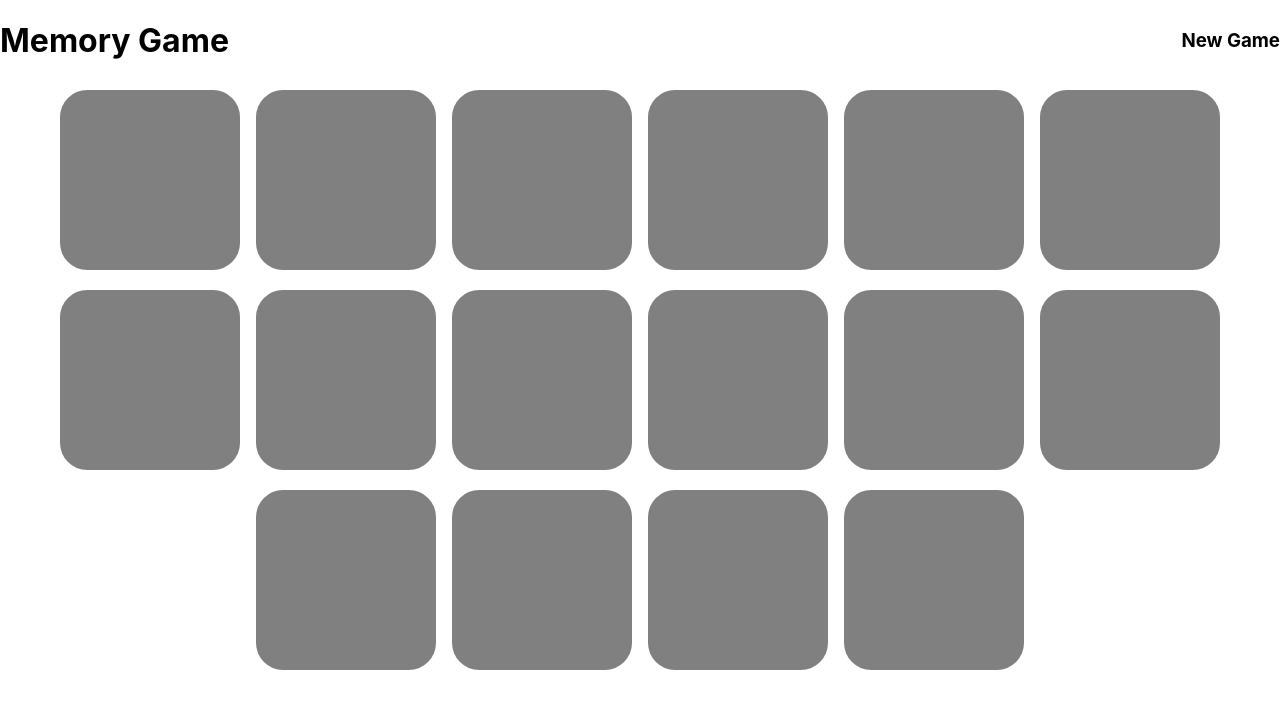
Repository: sokafootball/memory_game
Page: /
The author's editor kept a copy of each file at every save. The page is drawn from the files as they stood at one save, then again after the next save.
The browser window is 1280 px wide. The pictures show the whole page.
The project was rebuilt for these pictures with package versions that can differ from the ones it lists, and the page was loaded fresh each time. Also part of the build but not shown: src/Game.css.

Above is the page before, as saved 2019-01-21 12:40:31.

### src/App.js
import React, { Component } from 'react';
import './App.css';
import {Game} from './Game'
import {Navbar} from './Navbar'

class App extends Component {
  constructor(props) {
    super(props)
    this.state = {
      cards: [
        {id: 0, color: 'red', status: 'hidden'},
        {id: 1, color: 'red', status: 'hidden'},
        {id: 2, color: 'blue', status: 'hidden'},
        {id: 3, color: 'blue', status: 'hidden'},
        {id: 4, color: 'yellow', status: 'hidden'},
        {id: 5, color: 'yellow', status: 'hidden'},
        {id: 6, color: 'black', status: 'hidden'},
        {id: 7, color: 'black', status: 'hidden'},
        {id: 8, color: 'pink', status: 'hidden'},
        {id: 9, color: 'pink', status: 'hidden'},
        {id: 10, color: 'green', status: 'hidden'},
        {id: 11, color: 'green', status: 'hidden'},
        {id: 12, color: 'orange', status: 'hidden'},
        {id: 13, color: 'orange', status: 'hidden'},
        {id: 14, color: 'purple', status: 'hidden'},
        {id: 15, color: 'purple', status: 'hidden'}
      ],
      showingCards: 0
    }
    this.handleCardClick = this.handleCardClick.bind(this)
    this.newGame = this.newGame.bind(this)
    setTimeout(this.shuffleCards, 50)
  }

  countShowingCards = () => {
    console.log('countShowingCards called')
    let showingCards = 0
    this.state.cards.forEach(card => {if(card.status === 'showing')showingCards++})
    this.setState({showingCards}, () => {
      console.log(this.state.showingCards)
      if(this.state.showingCards === 2){
        this.compareCards()
      }
    })
  }

  showCard = (clickedCard, id) => {
    console.log('showCard called')
    if(clickedCard.status === 'hidden' && this.state.showingCards < 2){
      clickedCard.status = 'showing'
      let newCards = this.state.cards.slice()
      newCards = newCards.map(card => (card.id === id ? clickedCard : card))
      this.setState({cards: newCards}, this.countShowingCards)
      }
    }

  handleCardClick = (id) => {
    console.log('button clicked')
    const clickedCard = this.state.cards.filter((card) => card.id === id)[0]
    this.showCard(clickedCard, id)
  }

  compareCards = () => {
    console.log('compareCards called')
    let comparedCards = this.state.cards.filter((card) => card.status === 'showing')
    const isMatch = comparedCards[0].color === comparedCards[1].color
    setTimeout(() => {
      comparedCards.forEach(card => {isMatch ? card.status = 'matched' : card.status = 'hidden'})
      let newCards = this.state.cards.slice()
      newCards = newCards.map(newCard => {
        if(comparedCards.some(card => card.id === newCard.id)){
          isMatch ? newCard.status = 'matched' : newCard.status = 'hidden'
        }
        return newCard
      })
      this.setState({newCards, showingCards:0})
    }, 1000)
  }

  shuffleCards = () => {
    console.log('ShuffleCards called')
    let myCards = this.state.cards.slice()
    for (let i = myCards.length - 1; i > 0; i--) {
        const j = Math.floor(Math.random() * (i + 1));
        [myCards[i], myCards[j]] = [myCards[j], myCards[i]];
    }
    this.setState({cards: myCards}, console.log(this.state.cards))
  }

  newGame = () => {
    //shuffle cards
    setTimeout(this.shuffleCards, 50)    //set all cards to hidden and showing cards to 0
    let myCards = this.state.cards.slice()
    myCards.forEach(card => card.status = 'hidden')
    this.setState({cards: myCards, showingCards: 0})
  }

  render() {
    return (
      <div className="App">
        <Navbar
        newGame={this.newGame}
        />
        <Game
        cards={this.state.cards}
        handleCardClick={this.handleCardClick}
        />
      </div>
    );
  }
}

export default App;

### src/Game.js
import React from 'react'
import {Card} from './Card'
import './Game.css'
import PropTypes from 'prop-types'

const Game = (props) => {
  const myCards = props.cards.map((c, index) => {
    return <Card {...c} key={index} handleCardClick = {props.handleCardClick}/>
  })
    return (
      <div className="cardsdiv">
        {myCards}
      </div>
    )
}

Game.defaultProps = {
  handleCardClick: () => {console.log('handleCardClick function not provided')},
  cards: () => [
    {id: 0, color: 'black', status: 'showing'},
    {id: 1, color: 'black', status: 'showing'},
    {id: 2, color: 'black', status: 'showing'},
    {id: 3, color: 'black', status: 'showing'},
    {id: 4, color: 'black', status: 'showing'},
    {id: 5, color: 'black', status: 'showing'},
    {id: 6, color: 'black', status: 'showing'},
    {id: 7, color: 'black', status: 'showing'},
    {id: 8, color: 'black', status: 'showing'},
    {id: 9, color: 'black', status: 'showing'},
    {id: 10, color: 'black', status: 'showing'},
    {id: 11, color: 'black', status: 'showing'},
    {id: 12, color: 'black', status: 'showing'},
    {id: 13, color: 'black', status: 'showing'},
    {id: 14, color: 'black', status: 'showing'},
    {id: 15, color: 'black', status: 'showing'}
  ]
}

Game.propTypes = {
  handleCardClick: PropTypes.func.isRequired,
  cards: PropTypes.arrayOf(PropTypes.object).isRequired
}

export {Game}

### src/Navbar.js
import React from 'react'
import './Navbar.css'
import PropTypes from 'prop-types'

const Navbar = (props) => {
    return (
      <div className='mainBar'>
        <h1>Memory Game</h1>
        <h3 onClick={props.newGame}>New Game</h3>
      </div>
    )
}

Navbar.defaultProps = {
  newGame: () => {console.log('from Navbar: newGame function not provided')}
}

Navbar.propTypes = {
  newGame: PropTypes.func.isRequired
}

export {Navbar}

### src/Card.js
import React from 'react'
import PropTypes from 'prop-types'
import './Card.css'

const Card = (props) => {

if(props.status !== 'hidden'){
  var style = {
    backgroundColor: props.color
  }
}

  return (
    <div className="card" style={style}></div>
  )
}

Card.defaultProps = {
  color: 'grey'
}

Card.propTypes = {
  color: PropTypes.string
}

export {Card}

### src/Navbar.css
h3 {
  cursor: pointer;
}

.mainBar {
  margin: 0 30;
  display: flex;
  justify-content: space-between;
  align-items: center;
}

### src/Card.css
.card {
  margin: 8px;
  width: 180px;
  height: 180px;
  display: inline-block;
  background: grey;
  border-radius: 15%;
  transition: background 1s;
}

Loaded but not shown: public/index.html (common file); src/index.js (common file); src/index.css (common file); src/serviceWorker.js (common file); src/App.css (common file)

After the next save:
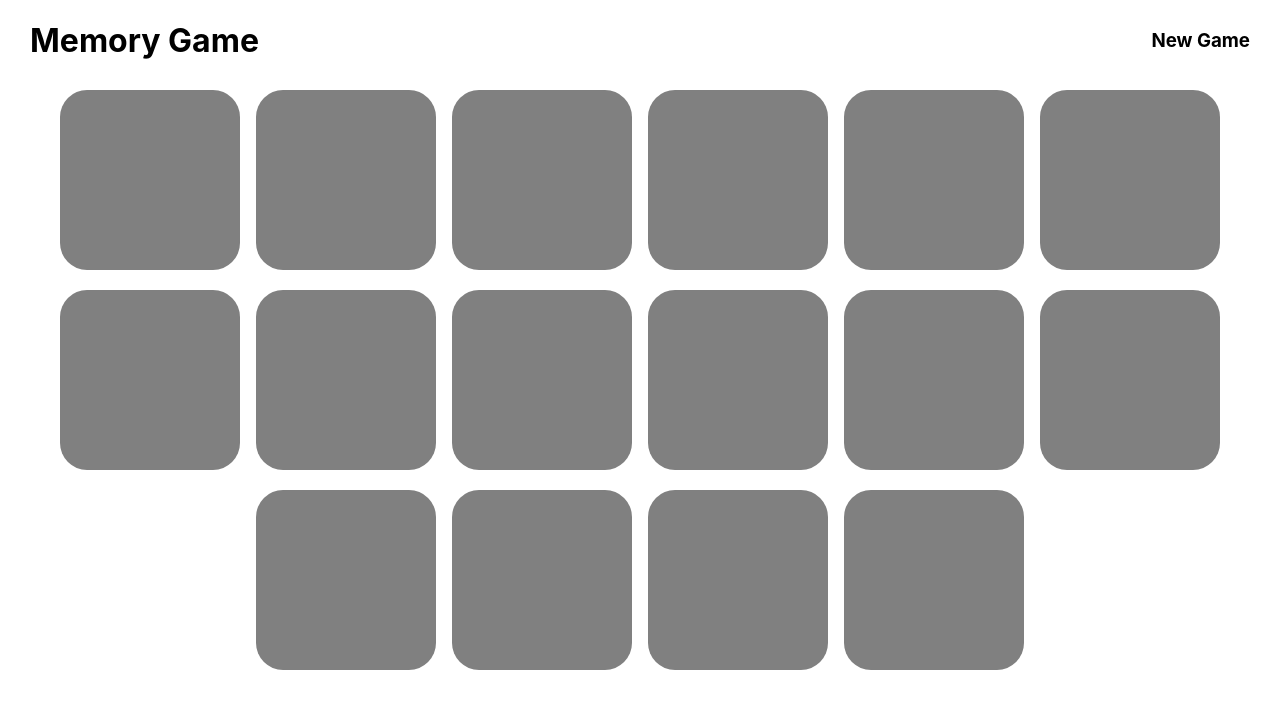
Saved 35 s later.
--- a/src/Navbar.css
+++ b/src/Navbar.css
@@ -3,7 +3,7 @@ h3 {
 }
 
 .mainBar {
-  margin: 0 30;
+  margin: 0px 30px;
   display: flex;
   justify-content: space-between;
   align-items: center;
